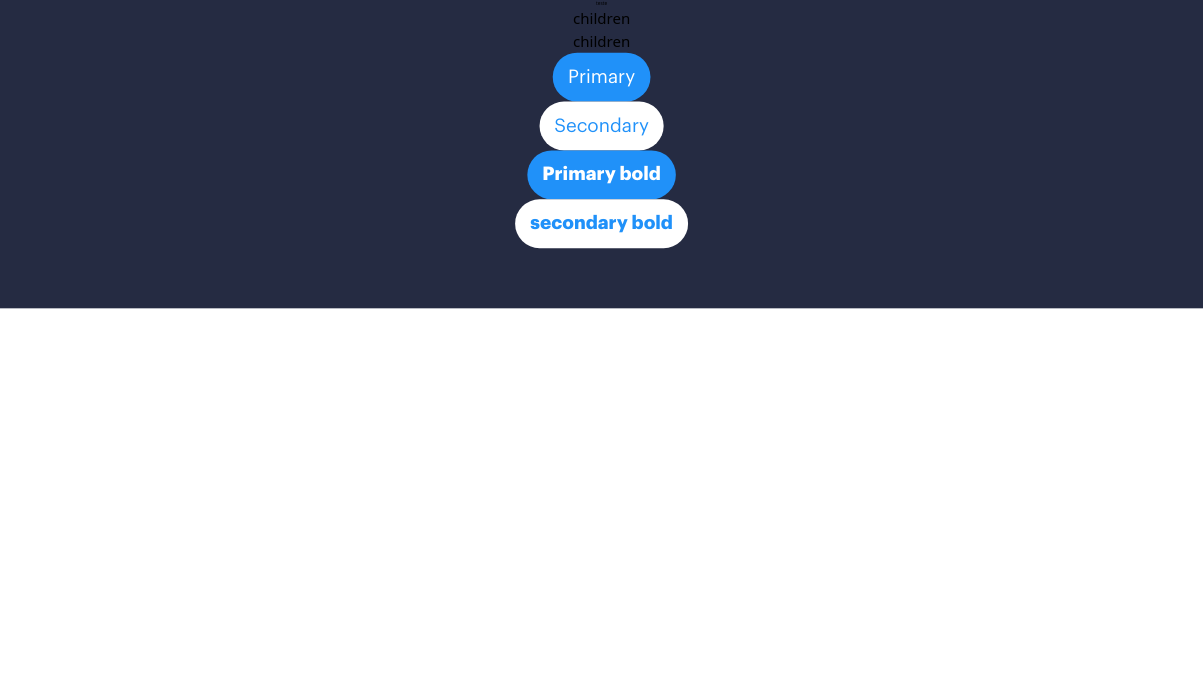
Repository: SK3010z/figmaland-tailwind
Page: /
An editor plug-in stored every save of this project. The page is shown before and after the next save, followed by the edit.
The browser window is 1280 px wide. The pictures show the whole page, at 94% of full size.
The project was rebuilt for these pictures with package versions that can differ from the ones it lists, and the page was loaded fresh each time. Also part of the build but not shown: vite.config.js, src/mediaQueries.jsx.

Above is the page before, as saved 2024-08-16 15:31:59.

After the next save:
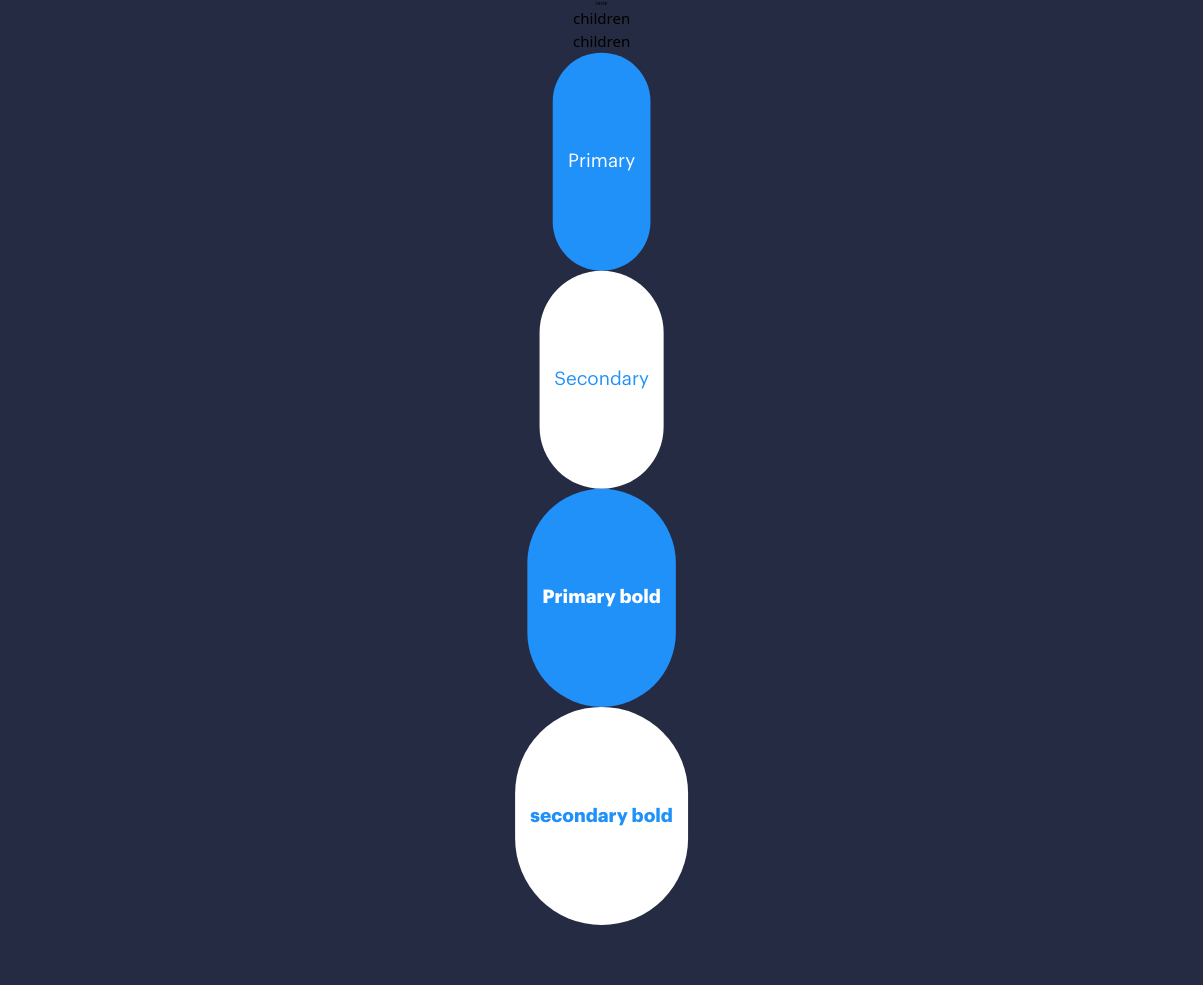
Saved 36 s later.
--- a/src/components/Button/index.jsx
+++ b/src/components/Button/index.jsx
@@ -1,7 +1,7 @@
 export const Button = ({children, variant = 'primary', isBold = false}) => {
   return (
     <button
-      className={`flex m-auto items-center justify-center p-4 rounded-full bg-primary font-graphik text-xl leading-5
+      className={`flex m-auto items-center justify-center p-4 rounded-full bg-primary font-graphik text-xl leading-[200px]
         ${variant === "primary"
             ? 'bg-primary text-white'
             : 'bg-white text-primary'
